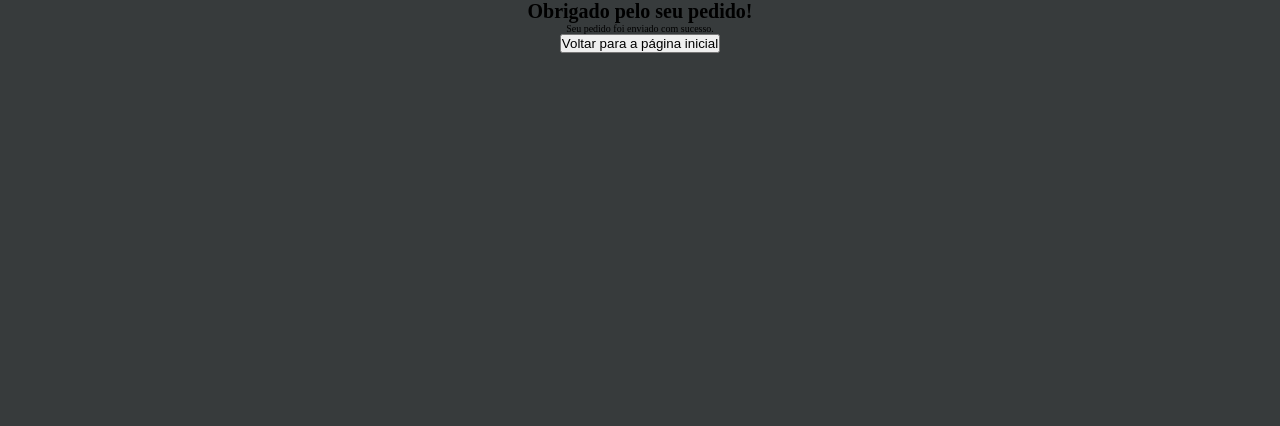
Repository: Marinalr-25/Projeto-Aparelhos-de-Academia
Page: thanks.html
The author's editor kept a copy of each file at every save. The page is drawn from the files as they stood at one save, then again after the next save.
The browser window is 1280 px wide. The pictures show the whole page.

Above is the page before, as saved 2025-01-14 14:12:53.

After the next save:
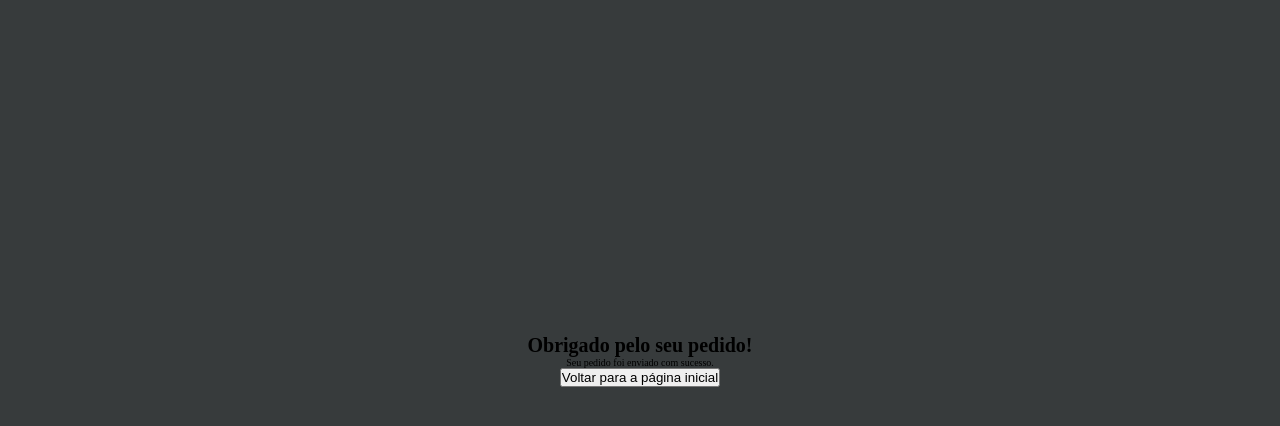
Saved 19 s later.
--- a/css/thanks.css
+++ b/css/thanks.css
@@ -14,4 +14,5 @@
   flex-direction: column;
   justify-content: center;
   align-items: center;
+  height: 100svh;
 }
